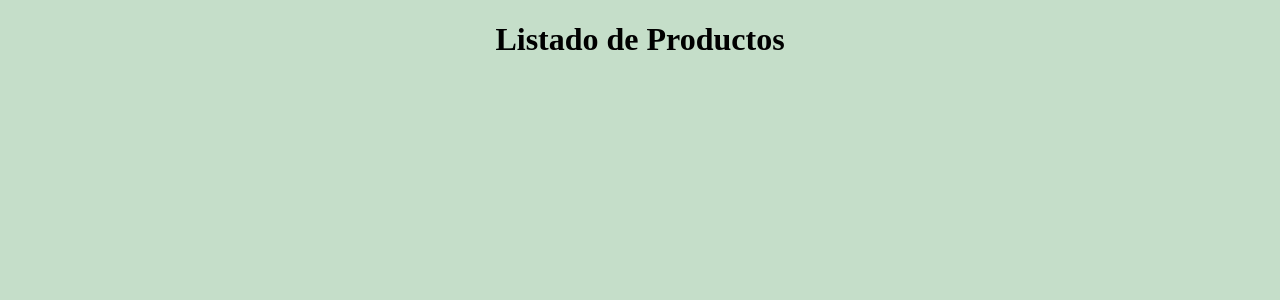
Repository: LuisEnriqueJM/LPII_CL2_JUAREZMONTEROLUIS
Page: http://localhost/LPII_CL2_JUAREZMONTEROLUIS/MenuPrincipal.jsp
These files come from the project's save history. The page is drawn as it stood at one moment and after the next save; the edit follows.
The browser window is 1280 px wide. The pictures show the whole page.
The page is served by Tomcat 9.

Above is the page before, as saved 2025-02-09 05:16:31.

After the next save:
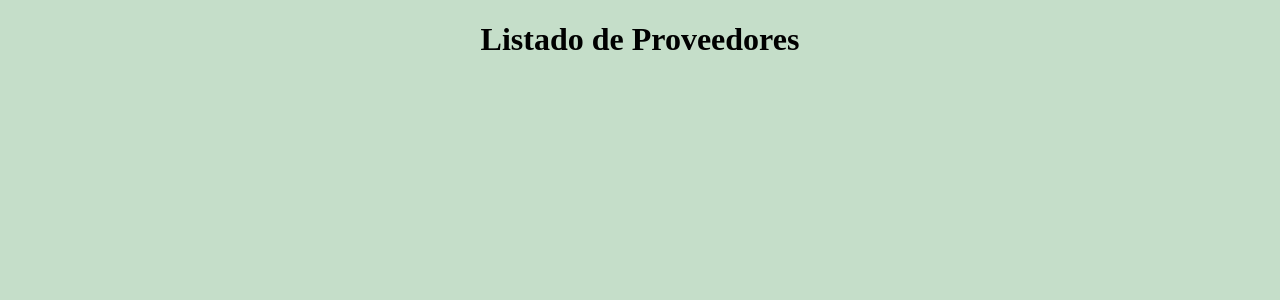
Saved 21 s later.
--- a/LPII_CL2_JUAREZMONTEROLUIS/src/main/webapp/MenuPrincipal.jsp
+++ b/LPII_CL2_JUAREZMONTEROLUIS/src/main/webapp/MenuPrincipal.jsp
@@ -7,7 +7,7 @@
 <title>MENU PRINCIPAL</title>
 </head>
 <body bgcolor="#c5dec9">
-	<h1 align="center"> Listado de Productos</h1>
+	<h1 align="center"> Listado de Proveedores</h1>
 </body>
 
 </html>
